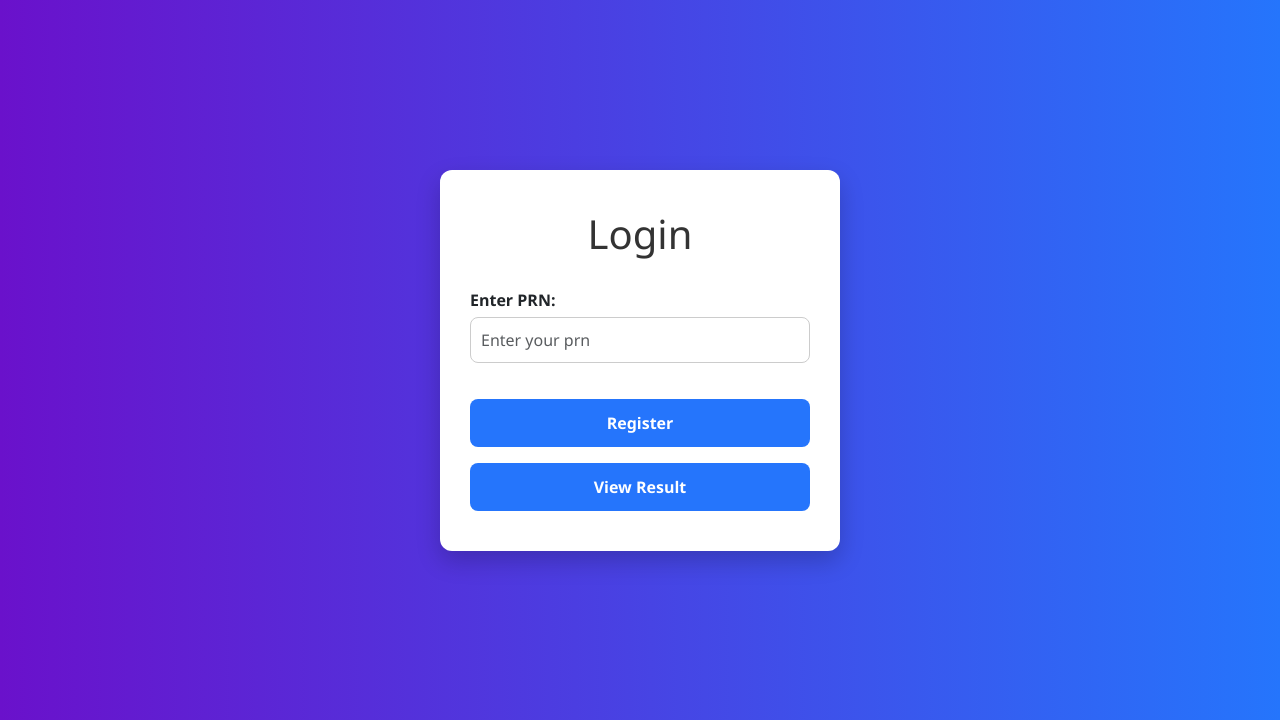
Repository: Mali-Sagar-A/Advance_Web_Java
Page: ResultApp/src/main/webapp/index.html
These files come from the project's save history. The page is drawn as it stood at one moment and after the next save; the edit follows.
The browser window is 1280 px wide. The pictures show the whole page.

Above is the page before, as saved 2025-05-17 10:59:06.

### ResultApp/src/main/webapp/index.html
<!DOCTYPE html>
<html lang="en">
<head>
  <meta charset="UTF-8">
  <title>Login</title>

  <!-- Bootstrap (Optional) -->
  <link href="https://cdn.jsdelivr.net/npm/bootstrap@5.3.3/dist/css/bootstrap.min.css" rel="stylesheet">

  <style>
    body {
      background: linear-gradient(to right, #6a11cb, #2575fc);
      font-family: 'Segoe UI', Tahoma, Geneva, Verdana, sans-serif;
      height: 100vh;
      margin: 0;
      display: flex;
      justify-content: center;
      align-items: center;
    }

    .login-container {
      background-color: #fff;
      padding: 40px 30px;
      border-radius: 12px;
      box-shadow: 0 10px 25px rgba(0, 0, 0, 0.2);
      width: 100%;
      max-width: 400px;
      text-align: center;
    }

    .login-container h1 {
      margin-bottom: 30px;
      color: #333;
    }

    .form-label {
      font-weight: 600;
      text-align: left;
      display: block;
      margin-bottom: 5px;
    }

    .form-control {
      border-radius: 8px;
      padding: 10px;
      margin-bottom: 20px;
      border: 1px solid #ccc;
      transition: all 0.3s ease;
    }

    .form-control:focus {
      border-color: #2575fc;
      box-shadow: 0 0 5px rgba(37, 117, 252, 0.5);
    }

    .btn-login {
      background-color: #2575fc;
      color: white;
      border: none;
      padding: 12px;
      border-radius: 8px;
      font-weight: bold;
      width: 100%;
      transition: background-color 0.3s ease;
    }

    .btn-login:hover {
      background-color: #1a5ed9;
    }

    .error-message {
      color: red;
      font-size: 0.9em;
      margin-bottom: 15px;
      display: none;
    }
  </style>

  <script>
    function validateForm() {
     var ServletName = document.studForm.register.value;

     if(ServletName=="")
    	 {
			alert("Invalid");
			return false;
		 }
     else{
			alert("ServletName = "+ServletName);
			document.location.href="details.html";
			return false;
		}

    }
  </script>
</head>

<body>

  <div class="login-container">
    <h1>Login</h1>
    <div id="error" class="error-message"></div>
    <form action="resultServlet" method="post" name="studForm" onclick="return validateForm()">
      <label for="textPrn" class="form-label">Enter PRN:</label>
      <input type="text" name="textPrn" id="textPrn" class="form-control" placeholder="Enter your prn">

      <button type="button" class="btn btn-login mt-3" value="register">Register</button><br>
      <button type="submit" class="btn btn-login mt-3">View Result</button>
    </form>
  </div>

</body>
</html>

After the next save:
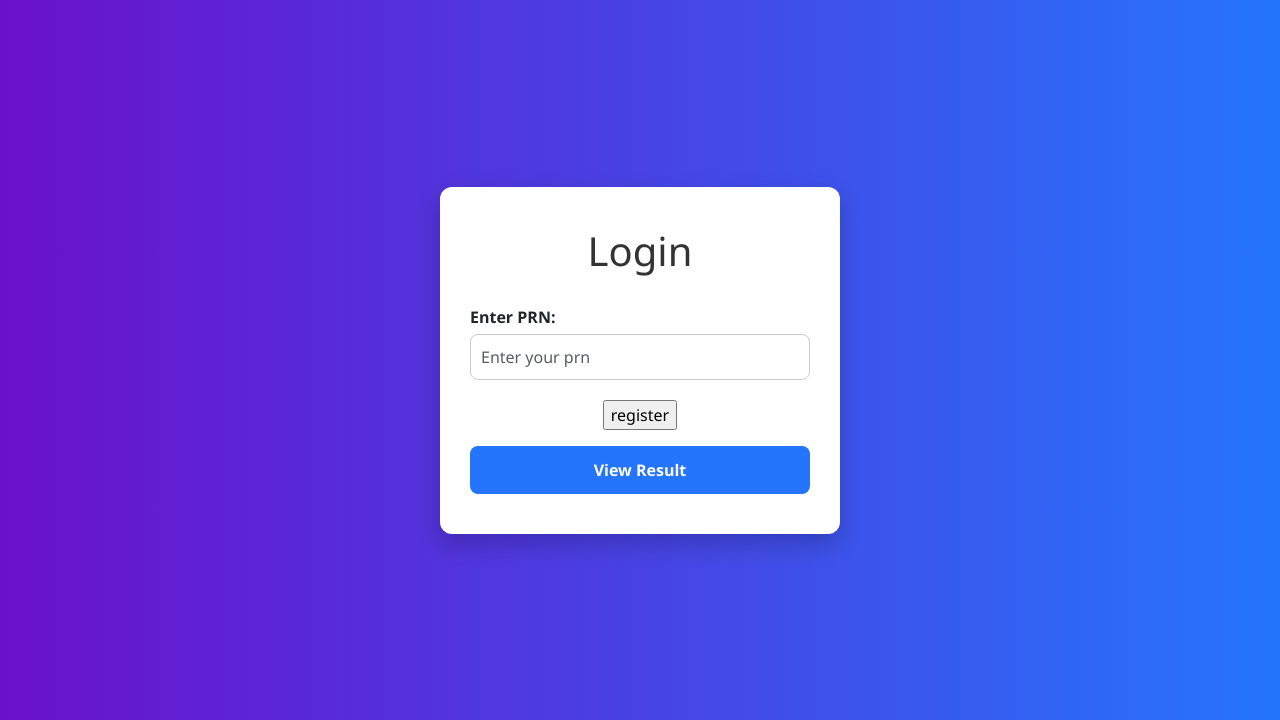
Saved 4 min 24 s later.
--- a/ResultApp/src/main/webapp/index.html
+++ b/ResultApp/src/main/webapp/index.html
@@ -104,7 +104,7 @@
       <label for="textPrn" class="form-label">Enter PRN:</label>
       <input type="text" name="textPrn" id="textPrn" class="form-control" placeholder="Enter your prn">
 
-      <button type="button" class="btn btn-login mt-3" value="register">Register</button><br>
+      <input type="button" name="register" value="register">
       <button type="submit" class="btn btn-login mt-3">View Result</button>
     </form>
   </div>
